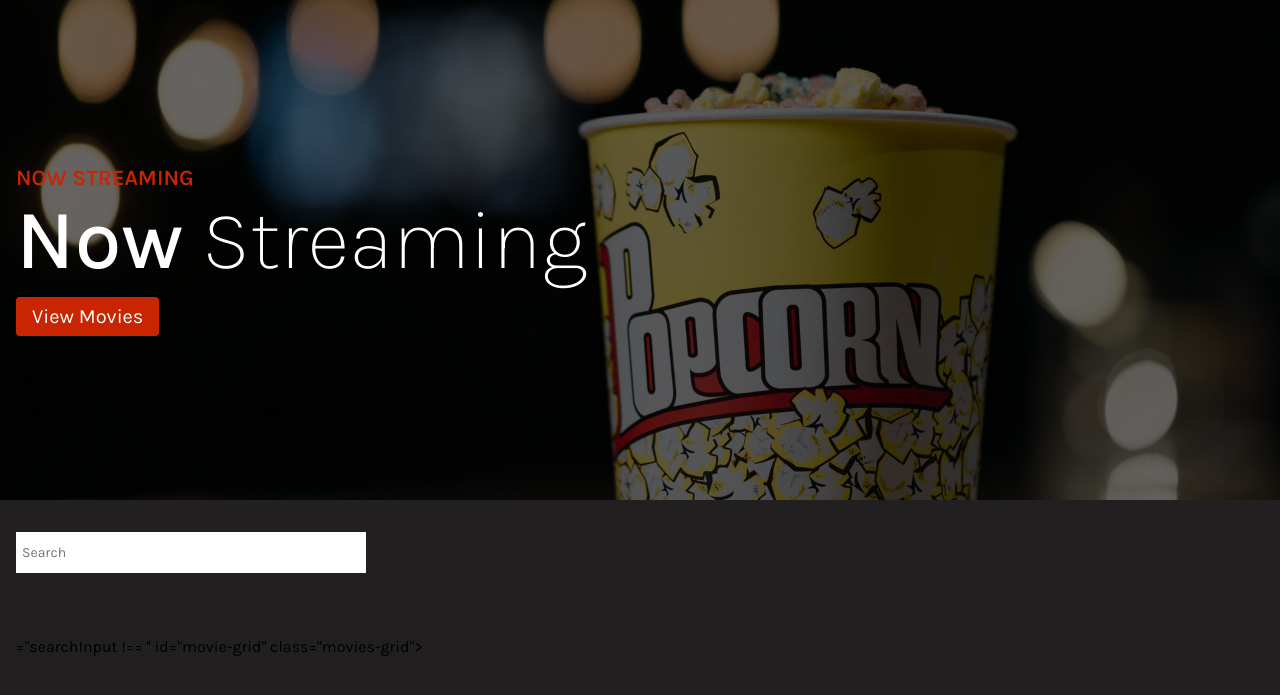
Repository: tomas938/films-overview
Page: /
The author's editor kept a copy of each file at every save. The page is drawn from the files as they stood at one save, then again after the next save.
The browser window is 1280 px wide. The pictures show the whole page.
The page's requests for data from a server got no answer. The project was rebuilt for these pictures with package versions that can differ from the ones it lists, and the page was loaded fresh each time. The framework's server and built-in components were replaced by stand-ins that run in the browser. No one was signed in, and anything a server would have sent is missing. Also part of the build but not shown: nuxt.config.js.

Above is the page before, as saved 2021-08-26 21:43:19.

### assets/defaults.scss
@import url('https://fonts.googleapis.com/css2?family=Karla:wght@200;300;400;500;600&display=swap');

* {
  margin: 0;
  padding: 0;
  box-sizing: border-box;
  font-family: 'Karla', sans-serif;
  scroll-behavior: smooth;
}

// app transitions
.page-enter-active,
.page-leave-active {
  transition: opacity 0.5s;
}
.page-enter,
.page-leave-to {
  opacity: 0;
}

.app {
  background-color: #211f1f;
  min-height: 100vh;
}

.button {
  display: inline-block;
  text-decoration: none;
  color: inherit;
  padding: 8px 16px;
  background-color: #c92502;
  border: none;
  color: #fff;
  border-radius: 4px;
  cursor: pointer;
  transition: 0.3s ease all;

  &:hover {
    background-color: #891b02;
  }
}

.button-light {
  background-color: transparent;
  border: 1px solid #c92502;

  &:hover {
    border-color: transparent;
  }
}

.container {
  max-width: 1400px;
  margin: 0 auto;
}

.loading {
  height: 100vh;
  width: 100%;
  display: flex;
  justify-content: center;
  align-items: center;

  @keyframes circle-loading {
    to {
      transform: rotateZ(360deg);
    }
  }

  span {
    display: block;
    width: 70px;
    height: 70px;
    border-radius: 50%;
    border: 2px solid transparent;
    border-top-color: #fff;
    animation: circle-loading 1200ms ease infinite;
  }
}

### components/Hero.vue
<template>
  <div class="hero">
    <img src="../assets/imgs/movieHero.jpg" alt="hero image" />
    <div class="text-container">
      <div class="text">
        <span class="mini-heading">Now Streaming</span>
        <h1><span>Now</span> Streaming</h1>
        <a href="#movie-grid" class="button">View Movies</a>
      </div>
    </div>
  </div>
</template>

<script>
export default {
  name: 'Hero',
}
</script>

<style lang="scss" scoped>
.hero {
  height: 400px;
  position: relative;
  @media (min-width: 750px) {
    height: 500px;
  }
  &::after {
    content: '';
    position: absolute;
    top: 0;
    left: 0;
    height: 100%;
    width: 100%;
    background-color: rgba(0, 0, 0, 0.6);
  }
  img {
    width: 100%;
    height: 100%;
    object-fit: cover;
  }
  .text-container {
    z-index: 99;
    position: absolute;
    top: 0;
    margin: 0;
    width: 100%;
    height: 100%;
    display: flex;
    flex-direction: column;
    justify-content: center;
    .text {
      padding: 0 16px;
      width: 100%;
      max-width: 1400px;
      margin: 0 auto;
    }
    .mini-heading {
      font-weight: 600;
      font-size: 18px;
      text-transform: uppercase;
      color: #c92502;
      margin-bottom: 8px;
      @media (min-width: 750px) {
        font-size: 22px;
      }
    }
    h1 {
      color: #fff;
      font-size: 64px;
      font-weight: 200;
      margin-bottom: 8px;
      @media (min-width: 750px) {
        font-size: 84px;
      }
      span {
        font-weight: 500;
      }
    }
    .button {
      font-size: 20px;
      align-self: flex-start;
    }
  }
}
</style>

### layouts/default.vue
<template>
  <div class="app">
    <Nuxt />
  </div>
</template>

### pages/index.vue
<template>
  <div class="home">
    <Hero></Hero>
    <div class="container search">
      <input
        @keyup.enter="$fetch"
        type="text"
        placeholder="Search"
        v-model.lazy="searchInput"
      />
      <button v-show="searchInput !== ''" class="button">Clear Search</button>
    </div>
    <div class="container movies">
      <divv-if="searchInput !== '' id="movie-grid" class="movies-grid">
        <div
          class="movie"
          v-for="(movie, index) in searchedMovies"
          :key="index"
        >
          <div class="movie-img">
            <img
              :src="`https://image.tmdb.org/t/p/w500/${movie.poster_path}`"
              alt=""
            />
            <p class="review">{{ movie.vote_average }}</p>
            <p class="overview">{{ movie.overview }}</p>
          </div>
          <div class="info">
            <p class="title">
              {{ movie.title.slice(0, 25)
              }}<span v-if="movie.title.length > 25">...</span>
            </p>
            <p class="release">
              Released:{{
                new Date(movie.release_data).toLocaleString('en-us', {
                  month: 'long',
                  day: 'numeric',
                  year: 'numeric',
                })
              }}
            </p>
            <Nuxt-link
              class="button button-link"
              :to="{
                name: 'movies-movieid',
                params: { movieid: movie.id },
              }"
              >Get More Info</Nuxt-link
            >
          </div>
        </div>
      </div>
      <div v-if="searchInput !== ''" id="movie-grid" class="movies-grid">
        <div class="movie" v-for="(movie, index) in movies" :key="index">
          <div class="movie-img">
            <img
              :src="`https://image.tmdb.org/t/p/w500/${movie.poster_path}`"
              alt=""
            />
            <p class="review">{{ movie.vote_average }}</p>
            <p class="overview">{{ movie.overview }}</p>
          </div>
          <div class="info">
            <p class="title">
              {{ movie.title.slice(0, 25)
              }}<span v-if="movie.title.length > 25">...</span>
            </p>
            <p class="release">
              Released:{{
                new Date(movie.release_data).toLocaleString('en-us', {
                  month: 'long',
                  day: 'numeric',
                  year: 'numeric',
                })
              }}
            </p>
            <Nuxt-link
              class="button button-link"
              :to="{ name: 'movies-movieid', params: { movieid: movie.id } }"
              >Get More Info</Nuxt-link
            >
          </div>
        </div>
      </div>
    </div>
  </div>
</template>

<script>
import axios from 'axios'
export default {
  data() {
    return {
      movies: [],
      searchedMovies: [],
      searchInput: '',
    }
  },
  async fetch() {
    if (this.searchInput === '') {
      await this.getMovies()
      return
    }
    await this.searchMovies()
  },
  methods: {
    async getMovies() {
      const data = axios(
        'https://api.themoviedb.org/3/movie/now_playing?api_key=a0b65c5ae8f856e9b3307cd48815620d&language=en-US&page=1'
      )
      const result = await data
      result.data.results.forEach((movie) => {
        this.movies.push(movie)
      })
    },
    async searchMovies() {
      const data = axios.get(
        `https://api.themoviedb.org/3/search/movie?api_key=a0b65c5ae8f856e9b3307cd48815620d&language=en-US&page=1&query=${this.searchInput}`
      )
      const result = await data
      result.data.results.forEach((movie) => {
        this.searchedMovies.push(movie)
      })
    },
  },
}
</script>
<style lang="scss" scoped>
.home {
  .loading {
    padding-top: 120px;
    align-items: flex-start;
  }
  .search {
    display: flex;
    padding: 32px 16px;
    input {
      max-width: 350px;
      width: 100%;
      padding: 12px 6px;
      font-size: 14px;
      border: none;
      &:focus {
        outline: none;
      }
    }
    .button {
      border-top-left-radius: 0;
      border-bottom-left-radius: 0;
    }
  }
  .movies {
    padding: 32px 16px;
    .movies-grid {
      display: grid;
      column-gap: 32px;
      row-gap: 64px;
      grid-template-columns: 1fr;
      @media (min-width: 500px) {
        grid-template-columns: repeat(2, 1fr);
      }
      @media (min-width: 750px) {
        grid-template-columns: repeat(3, 1fr);
      }
      @media (min-width: 1100px) {
        grid-template-columns: repeat(4, 1fr);
      }
      .movie {
        position: relative;
        display: flex;
        flex-direction: column;
        .movie-img {
          cursor: pointer;
          width: 100%;
          height: 100%;
          position: relative;
          overflow: hidden;
          &:hover {
            .overview {
              transform: translateY(0);
            }
          }
          img {
            display: block;
            width: 100%;
            height: 100%;
          }
          .review {
            position: absolute;
            top: 0;
            left: 0;
            display: flex;
            justify-content: center;
            align-items: center;
            width: 40px;
            height: 40px;
            background-color: #c92502;
            color: #fff;
            border-radius: 0 0 16px 0;
            box-shadow: 0 4px 6px -1px rgba(0, 0, 0, 0.1),
              0 2px 4px -1px rgba(0, 0, 0, 0.06);
          }
          .overview {
            line-height: 1.5;
            position: absolute;
            bottom: 0;
            background-color: rgba(201, 38, 2, 0.9);
            padding: 12px;
            color: #fff;
            transform: translateY(100%);
            transition: 0.3s ease-in-out all;
          }
        }
        .info {
          margin-top: auto;
          .title {
            margin-top: 8px;
            color: #fff;
            font-size: 20px;
          }
          .release {
            margin-top: 8px;
            color: #c9c9c9;
          }
          .button {
            margin-top: 8px;
          }
        }
      }
    }
  }
}
</style>

After the next save:
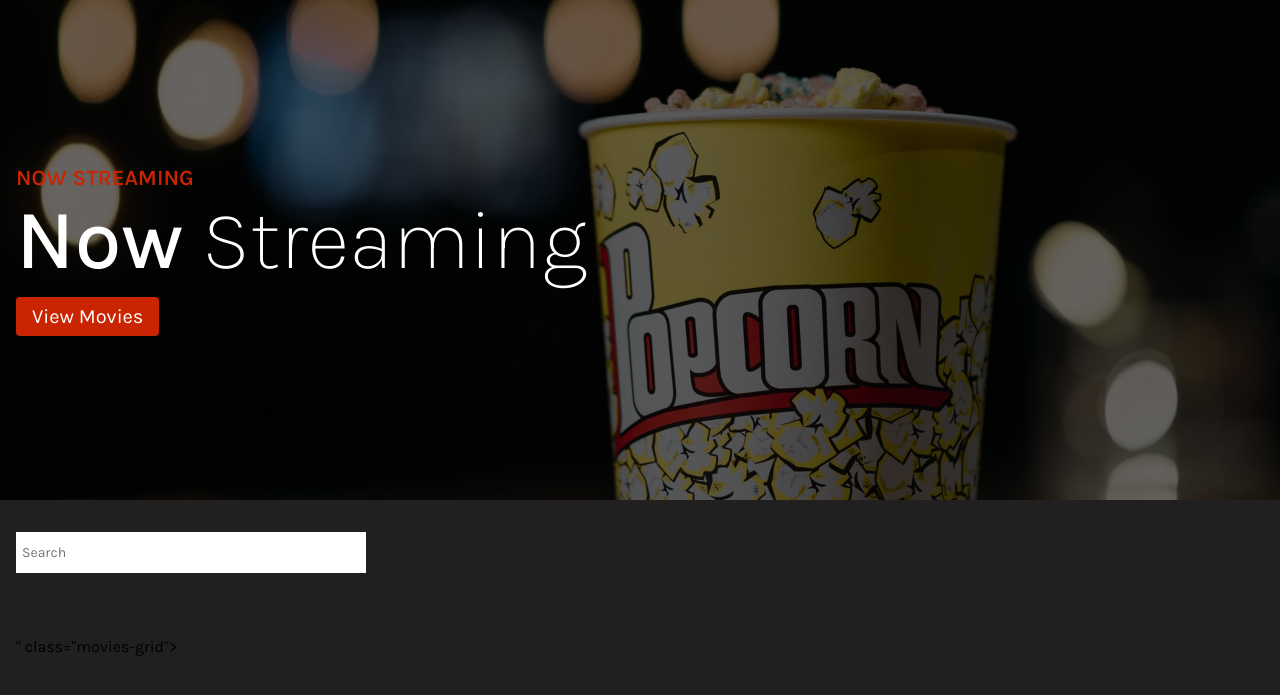
Saved 7 s later.
--- a/pages/index.vue
+++ b/pages/index.vue
@@ -11,7 +11,7 @@
       <button v-show="searchInput !== ''" class="button">Clear Search</button>
     </div>
     <div class="container movies">
-      <divv-if="searchInput !== '' id="movie-grid" class="movies-grid">
+      <div v-if="searchInput !== '' id="movie-grid" class="movies-grid">
         <div
           class="movie"
           v-for="(movie, index) in searchedMovies"
